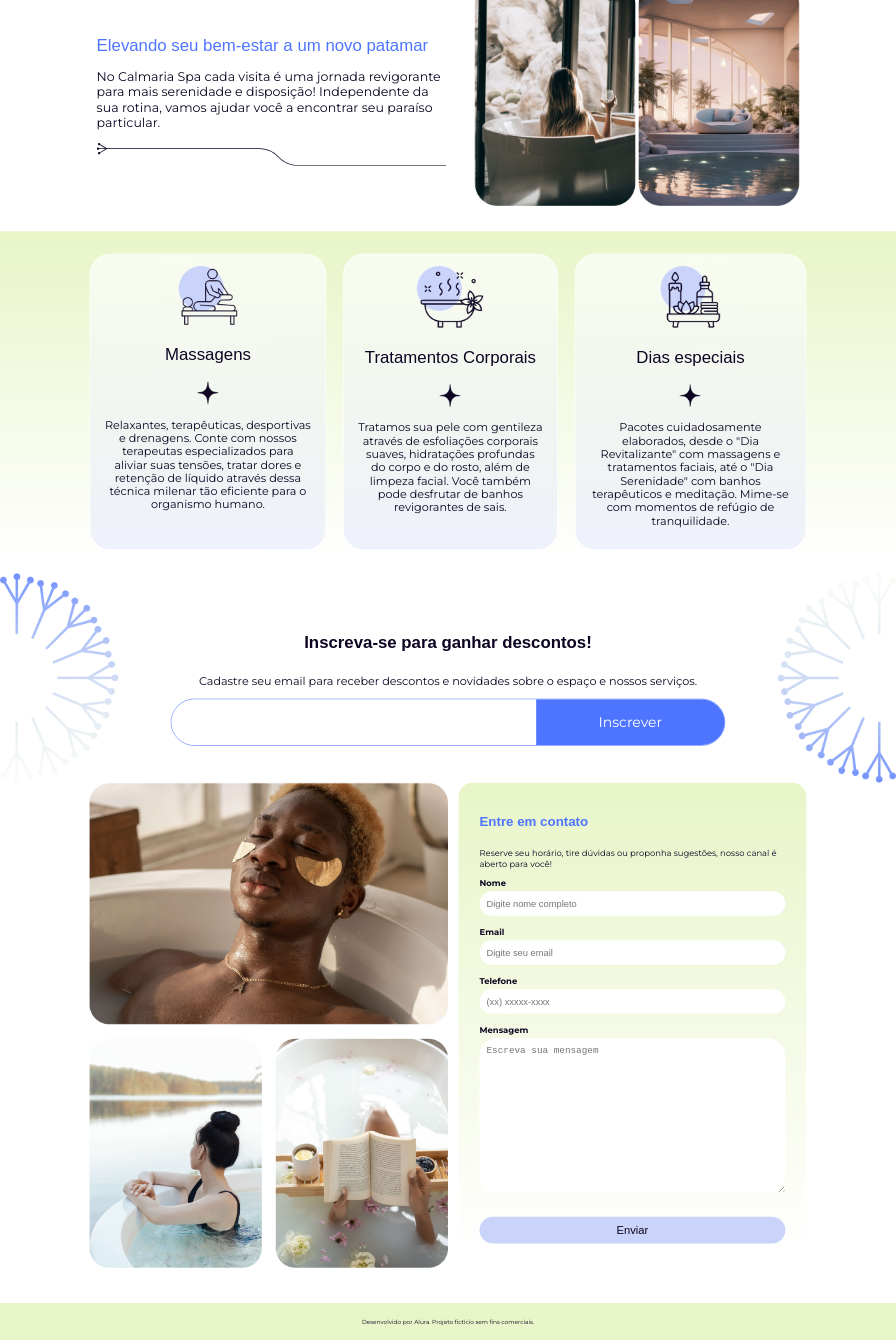
Repository: joaoPraiaJunior/curso-sass
Page: index.html
An editor plug-in stored every save of this project. The page is shown before and after the next save, followed by the edit.
The browser window is 1280 px wide. The pictures show the part of the page from y = 1266 to 3186 px (the page is 3180 px tall before and 3186 px after), at 70% of full size.
Some web fonts or font styles are not loaded; a fallback is used. The style sheet was rebuilt from its Sass, Less or Tailwind sources for each picture, by a compiler version that may differ from the author's.

Above is the page before, as saved 2024-07-06 19:54:33.

After the next save:
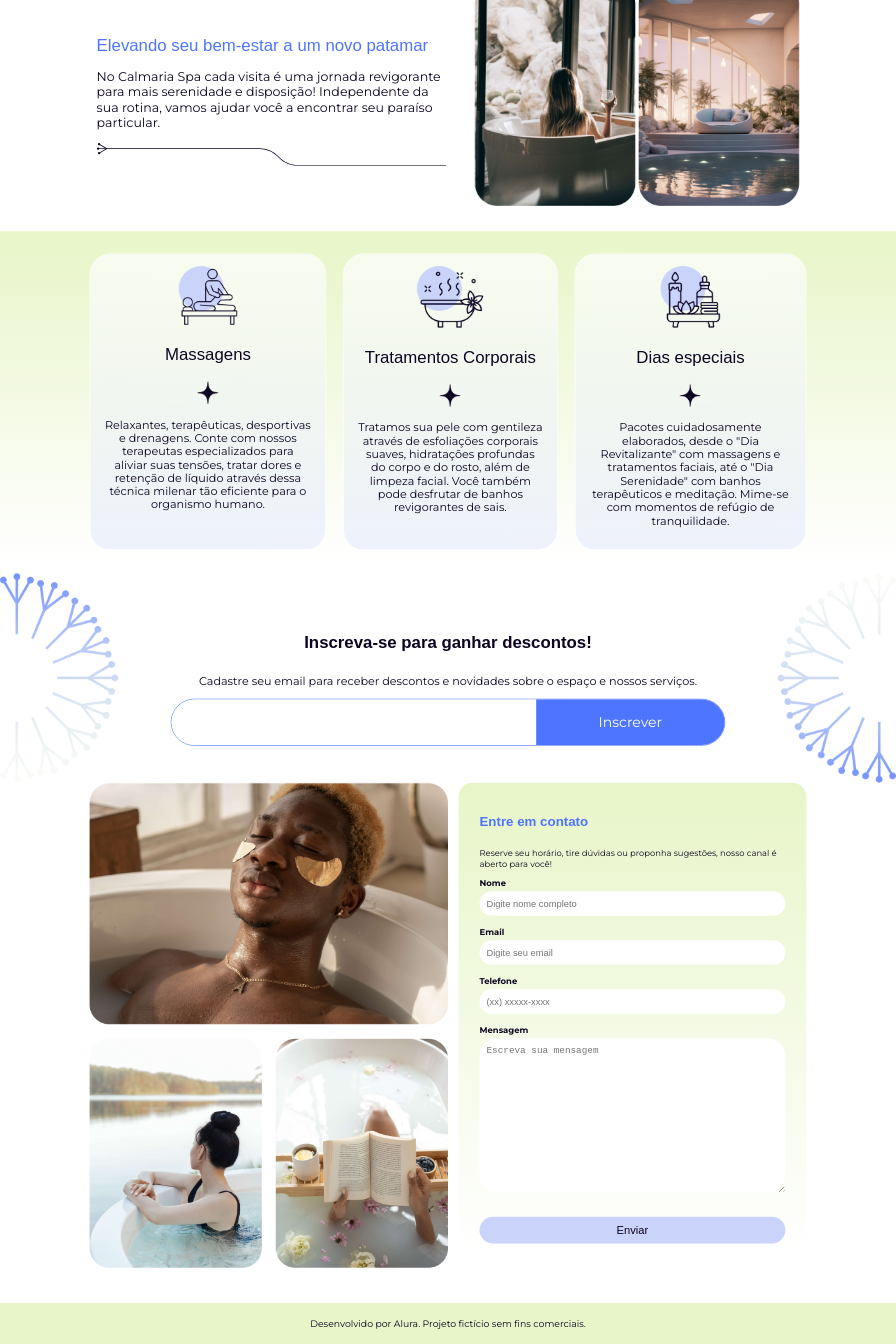
Saved 9 s later.
--- a/styles/components/_footer.sass
+++ b/styles/components/_footer.sass
@@ -2,7 +2,7 @@
 @use '../abstract/mixins'
 
 footer
-    @include mixins.estilos-fontes(variaveis.$ft-textos, 1rem, variaveis.$cor-primaria)
+    @include mixins.estilos-fontes(variaveis.$ft-textos, 1.6rem, variaveis.$cor-primaria)
     text-align: center
     background: variaveis.$cor-quaternaria
     margin-top: 5rem
